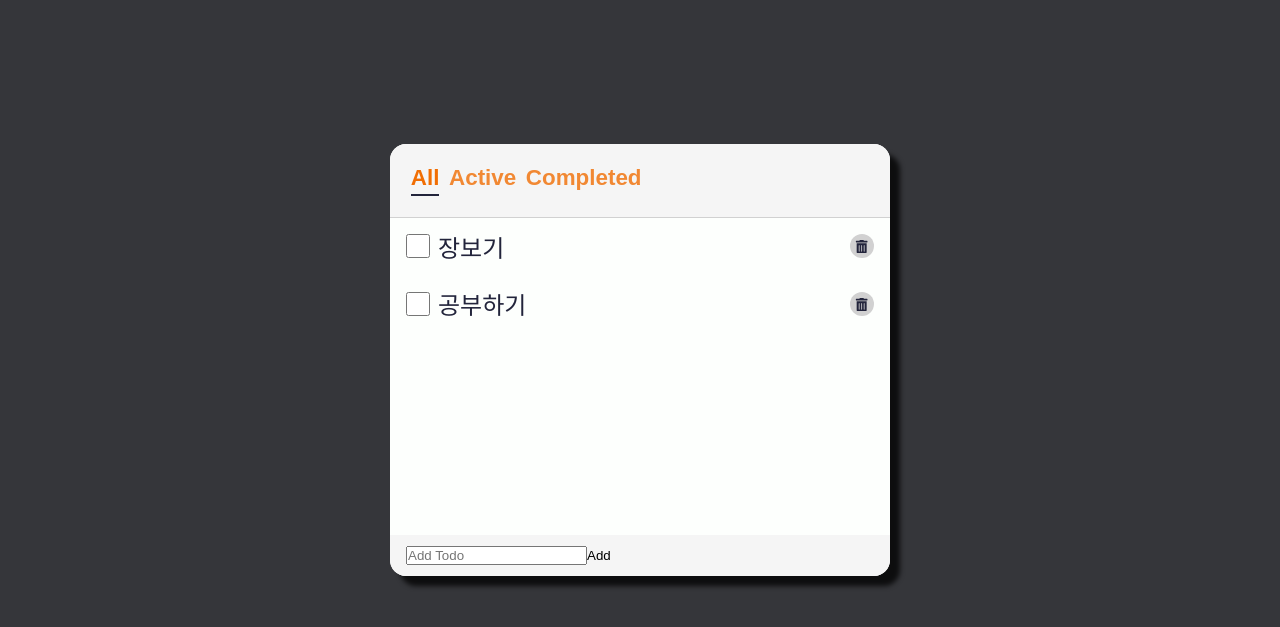
Repository: MrJinkyu/TodoList
Page: /
The author's editor kept a copy of each file at every save. The page is drawn from the files as they stood at one save, then again after the next save.
The browser window is 1280 px wide. The pictures show the whole page.
The project was rebuilt for these pictures with package versions that can differ from the ones it lists, and the page was loaded fresh each time.

Above is the page before, as saved 2023-05-01 14:55:09.

### src/index.css
:root{
  --color-body: #35363A;
  --color-bg-dark:#f5f5f5;
  --color-bg: #fdfffd;
  --color-grey: #d1d1d1;
  --color-text: #22243b;
  --color-accent: #f16e03;
  --color-white: white;
  --color-scrollbar: #aaa7a7;
}

*{
  box-sizing: border-box;
  padding: 0;
  margin: 0;
}

button{
  border: none;
  outline: none;
  cursor: pointer;
  background-color: transparent;
}

ul,li{
  list-style: none;
}

body {
  margin: 0;
  font-family: -apple-system, BlinkMacSystemFont, 'Segoe UI', 'Roboto', 'Oxygen',
    'Ubuntu', 'Cantarell', 'Fira Sans', 'Droid Sans', 'Helvetica Neue',
    sans-serif;
  -webkit-font-smoothing: antialiased;
  -moz-osx-font-smoothing: grayscale;
  width: 100vw;
  height: 100vh;
  display: flex;
  justify-content: center;
  align-items: center;
  background-color: var(--color-body);
  font-size: 1.2rem;
  accent-color: var(--color-accent);
}

#root{
  overflow: hidden;
  display: flex;
  flex-direction: column;
  width: 100%;
  height: 60%;
  max-width: 500px;
  background-color: var(--color-bg);
  border-radius: 1rem;
  box-shadow: 10px 10px 5px 0px rgba(0,0,0,0.75);
-webkit-box-shadow: 10px 10px 5px 0px rgba(0,0,0,0.75);
-moz-box-shadow: 10px 10px 5px 0px rgba(0,0,0,0.75);
}

code {
  font-family: source-code-pro, Menlo, Monaco, Consolas, 'Courier New',
    monospace;
}

### src/App.js
import { useState } from "react";
import TodoList from "./components/TodoList";
import Header from "./components/Header";

const filters = ['all', 'active', 'completed'];
function App() {
  const [filter, setFilter] = useState(filters[0]);
  return (
    <>
      <Header filters={filters} filter={filter} onFilterChange={setFilter}/>
      <TodoList filter={filter}/>
    </>
  );
}

export default App;

### src/components/TodoList.jsx
import React, { useState } from 'react';
import {v4 as uuidv4} from 'uuid';
import AddTodo from './AddTodo';
import Todo from './Todo';
import styles from './TodoList.module.css';

export default function TodoList({filter}) {
    const [todos, setTodos] = useState([
        { id: uuidv4(), text: '장보기', status: 'active' },
        { id: uuidv4(), text: '공부하기', status: 'active' }
    ]);
    const handleAdd = (todo) => {
        setTodos([...todos, todo]);
    }
    const handleUpdate = (updated) => {
        setTodos(todos.map((todo) => todo.id === updated.id ? updated : todo));
    }
    const handleDelete = (deleted) => {
        setTodos(todos.filter((todo) => todo.id !== deleted.id));
    }
    const filtered = getFilteredItems(todos, filter);
    return (
        <section className={styles.container}>
            <ul className={styles.list}>
                {filtered.map((item) => (
                    <Todo
                        key={item.id}
                        todo={item}
                        onUpdate={handleUpdate}
                        onDelete={handleDelete}
                    />
                ))}
            </ul>
            <AddTodo onAdd={handleAdd}/>
        </section>
    );
}

function getFilteredItems(todos, filter){
    if(filter === 'all'){
        return todos;
    }
    return todos.filter((todo) => todo.status === filter);
}

### src/components/Header.jsx
import React from 'react';
import styles from './Header.module.css';

export default function Header({filters, filter, onFilterChange}) {
    return (
        <header className={styles.header}>
            <ul className={styles.filters}>
                {filters.map((value,index) => (
                    <li key={index}>
                        <button
                            onClick={() => onFilterChange(value)}
                            className={`${styles.filter} ${filter === value && styles.selected}`}
                        >
                            {value}
                        </button>
                    </li>
                ))}
            </ul>
        </header>
    );
}

### src/components/AddTodo.jsx
import React, { useState } from 'react';
import {v4 as uuidv4} from 'uuid';
import styles from './AddTodo.module.css';

export default function AddTodo({onAdd}) {
    const [text, setText] = useState('');
    const handleChange = (e) => {
        setText(e.target.value);
    }
    const handleSubmit = (e) => {
        e.preventDefault();
        if(text.trim().length === 0){
            return ;
        }
        onAdd({ id: uuidv4(), text, status: 'active' });
        setText('');
    }
    return (
        <form className={styles.form} onSubmit={handleSubmit}>
            <input
                className={styles.input}
                type="text"
                value={text}
                onChange={handleChange}
                placeholder='Add Todo'
            />
            <button className={styles.button}>Add</button>
        </form>
    );
}

### src/components/Todo.jsx
import React from 'react';
import { FaTrashAlt } from 'react-icons/fa';
import styles from './Todo.module.css';

export default function Todo({todo, onUpdate, onDelete}) {
    const { id, text, status } = todo;
    const handleChange = (e) => {
        const status = e.target.checked ? 'completed' : 'active';
        onUpdate({...todo, status});
    }
    return (
        <li className={styles.todo}>
            <input
                className={styles.checkbox}
                type="checkbox"
                name="checkbox"
                id={id}
                checked={status === 'completed'}
                onChange={handleChange}
            />
            <label className={styles.text} htmlFor={id}>{text}</label>
            <span className={styles.icon}>
                <button className={styles.button} onClick={() => onDelete(todo)}>
                    <FaTrashAlt/>
                </button>
            </span>
        </li>
    );
}

### src/components/TodoList.module.css
.container{
    height: 100%;
    display: flex;
    flex-direction: column;
}

.list{
    flex: 1 1 auto;
}

### src/components/Header.module.css
.header{
    background-color: var(--color-bg-dark);
    display: flex;
    justify-content: space-between;
    align-items: center;
    padding: 1rem;
    border-bottom: 1px solid var(--color-grey);
}

.filters{
    display: flex;
}

.filter{
    margin: 0.3rem;
    font-size: 1.4rem;
    color: var(--color-accent);
    font-weight: bold;
    opacity: 0.8;
    text-transform: capitalize;
}

.filter:hover,
.filter.selected{
    opacity: 1;
}

.filter.selected::after{
    content: '';
    display: block;
    margin-top: 0.2rem;
    border: 1px solid var(--color-text);
}

### src/components/AddTodo.module.css
.form{
    width: 100%;
    display: flex;
    padding: 0.7rem 1rem;
    background-color: var(--color-bg-dark);
}

.input{

}

.button{

}

### src/components/Todo.module.css
.todo{
    display: flex;
    justify-content: space-between;
    align-items: center;
    padding: 0.7rem 1rem;
}

.checkbox{
    width: 1.5rem;
    height: 1.5rem;
}

.text{
    flex: 1 1 0%;
    margin-left: 0.5rem;
    font-size: 1.5rem;
    color: var(--color-text);
}

.icon{
    width: 1.5rem;
    height: 1.5rem;
    border-radius: 50%;
    background-color: var(--color-grey);
    text-align: center;
    transition: all 150ms ease-out;
}

.icon:hover{
    transform: rotate(15deg) scale(1.2);
    background-color: var(--color-accent);
}

.button{
    color: var(--color-text);
}

Loaded but not shown: public/index.html (common file); src/index.js (common file); src/reportWebVitals.js (common file)

After the next save:
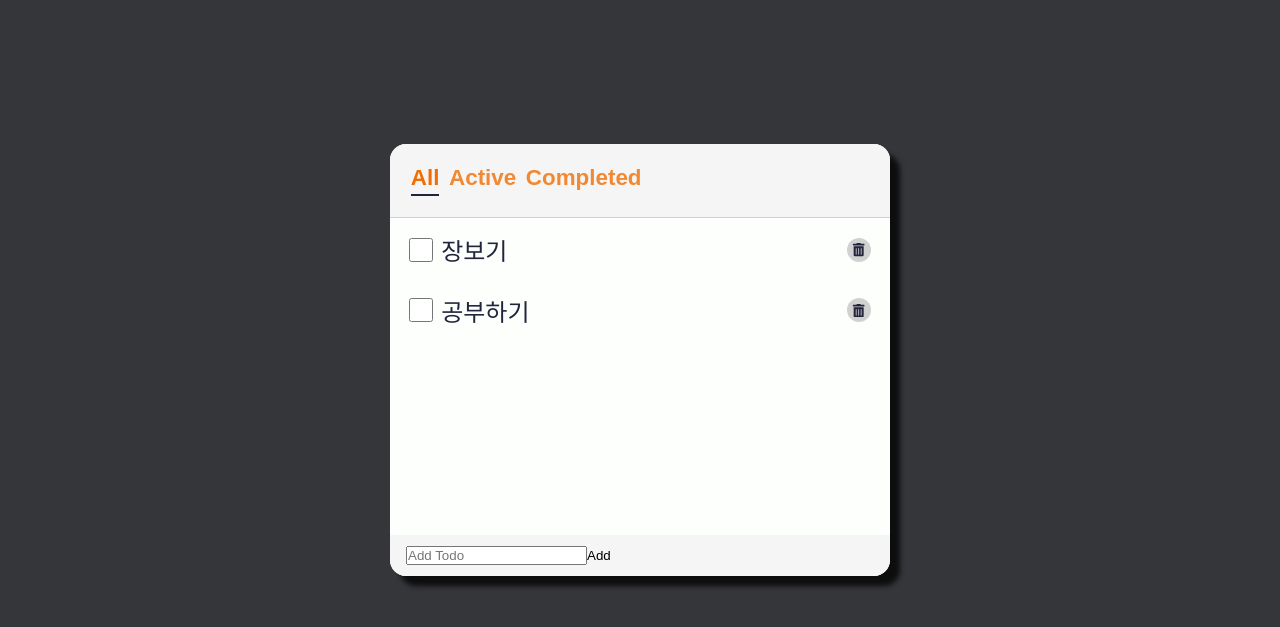
Saved 7 s later.
--- a/src/components/Todo.module.css
+++ b/src/components/Todo.module.css
@@ -3,6 +3,7 @@
     justify-content: space-between;
     align-items: center;
     padding: 0.7rem 1rem;
+    margin: 0.2rem;
 }
 
 .checkbox{
